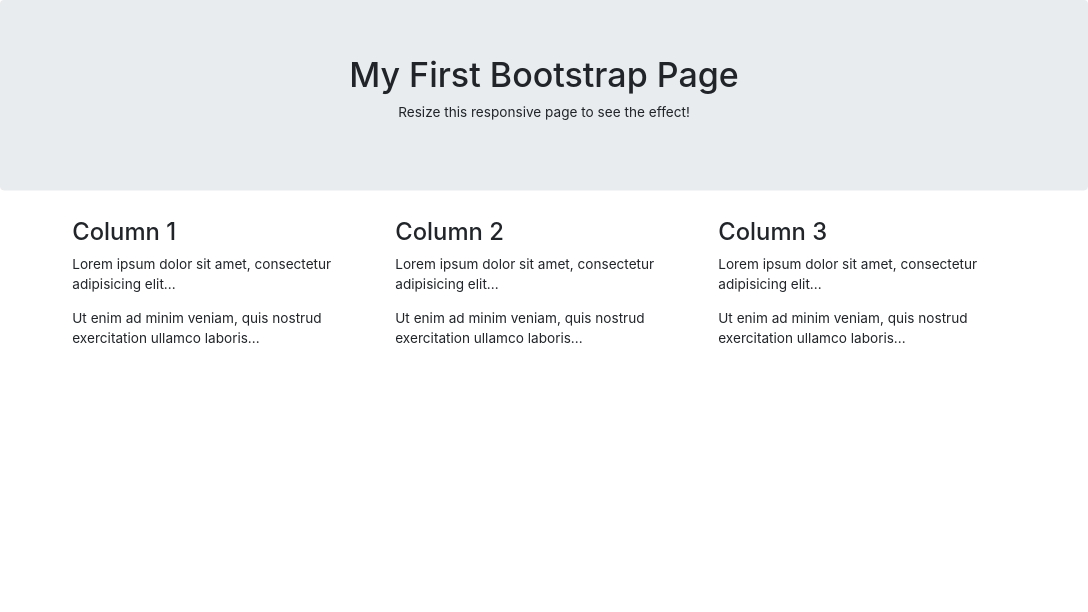
Repository: kjungyoun/Java_Study_2021
Page: startcamp_web/WebContent/introduce.html
The author's editor kept a copy of each file at every save. The page is drawn from the files as they stood at one save, then again after the next save.
The browser window is 1280 px wide. The pictures show the whole page, at 85% of full size.

Above is the page before, as saved 2021-01-14 05:49:43.

### startcamp_web/WebContent/introduce.html
<!DOCTYPE html>
<html lang="en">
<head>
  <title>Bootstrap Example</title>
  <meta charset="utf-8">
  <meta name="viewport" content="width=device-width, initial-scale=1">
  <link rel="stylesheet" href="https://maxcdn.bootstrapcdn.com/bootstrap/4.5.2/css/bootstrap.min.css">
  <script src="https://ajax.googleapis.com/ajax/libs/jquery/3.5.1/jquery.min.js"></script>
  <script src="https://cdnjs.cloudflare.com/ajax/libs/popper.js/1.16.0/umd/popper.min.js"></script>
  <script src="https://maxcdn.bootstrapcdn.com/bootstrap/4.5.2/js/bootstrap.min.js"></script>
</head>
<body>

<div class="jumbotron text-center">
  <h1>My First Bootstrap Page</h1>
  <p>Resize this responsive page to see the effect!</p>
</div>

<div class="container">
  <div class="row">
    <div class="col-sm-4">
      <h3>Column 1</h3>
      <p>Lorem ipsum dolor sit amet, consectetur adipisicing elit...</p>
      <p>Ut enim ad minim veniam, quis nostrud exercitation ullamco laboris...</p>
    </div>
    <div class="col-sm-4">
      <h3>Column 2</h3>
      <p>Lorem ipsum dolor sit amet, consectetur adipisicing elit...</p>
      <p>Ut enim ad minim veniam, quis nostrud exercitation ullamco laboris...</p>
    </div>
    <div class="col-sm-4">
      <h3>Column 3</h3>
      <p>Lorem ipsum dolor sit amet, consectetur adipisicing elit...</p>
      <p>Ut enim ad minim veniam, quis nostrud exercitation ullamco laboris...</p>
    </div>
  </div>
</div>

</body>
</html>

After the next save:
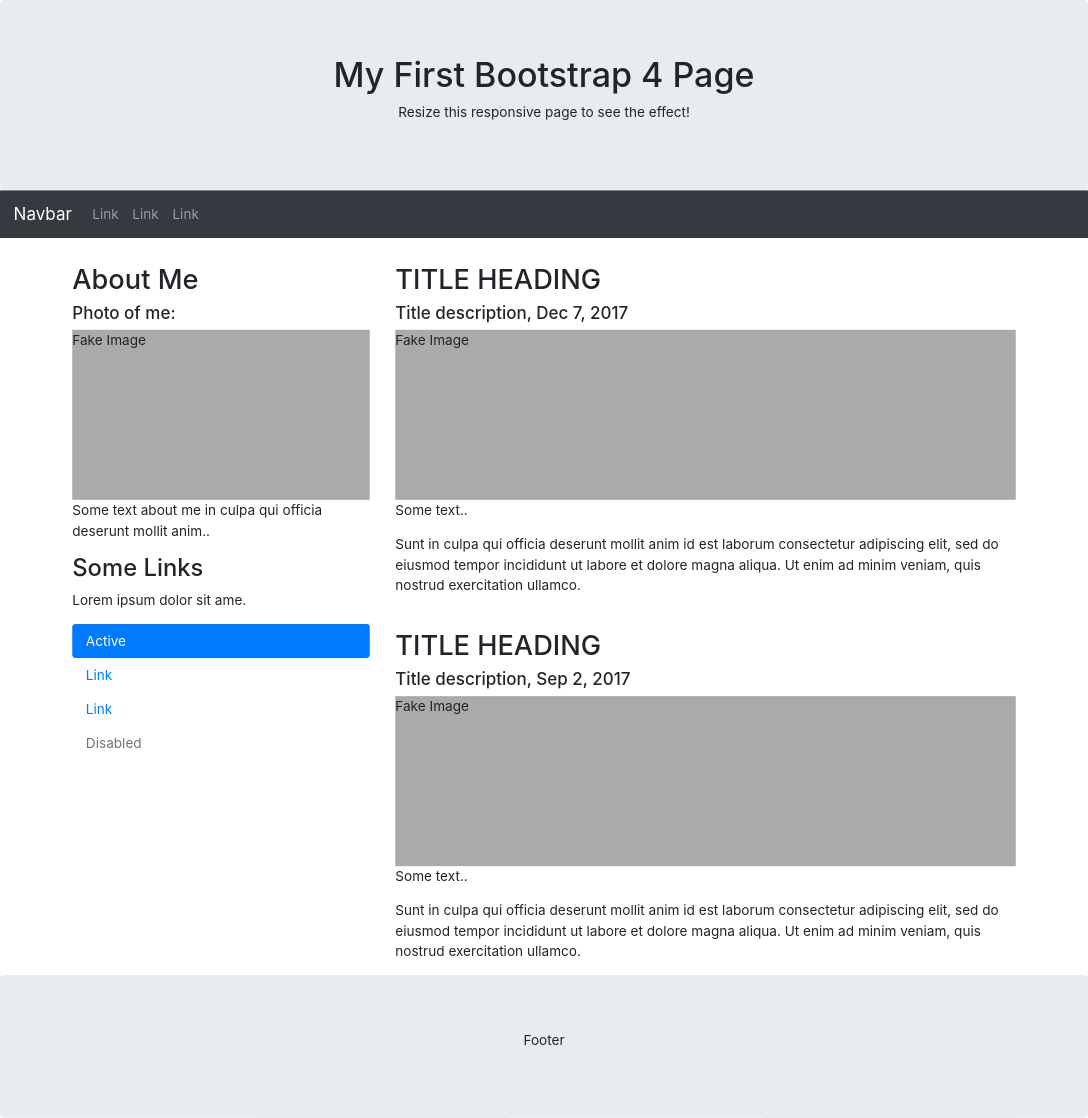
Saved 7 min 5 s later.
--- a/startcamp_web/WebContent/introduce.html
+++ b/startcamp_web/WebContent/introduce.html
@@ -1,40 +1,91 @@
 <!DOCTYPE html>
 <html lang="en">
 <head>
-  <title>Bootstrap Example</title>
+  <title>Bootstrap 4 Website Example</title>
   <meta charset="utf-8">
   <meta name="viewport" content="width=device-width, initial-scale=1">
   <link rel="stylesheet" href="https://maxcdn.bootstrapcdn.com/bootstrap/4.5.2/css/bootstrap.min.css">
   <script src="https://ajax.googleapis.com/ajax/libs/jquery/3.5.1/jquery.min.js"></script>
   <script src="https://cdnjs.cloudflare.com/ajax/libs/popper.js/1.16.0/umd/popper.min.js"></script>
   <script src="https://maxcdn.bootstrapcdn.com/bootstrap/4.5.2/js/bootstrap.min.js"></script>
+  <style>
+  .fakeimg {
+    height: 200px;
+    background: #aaa;
+  }
+  </style>
 </head>
 <body>
 
-<div class="jumbotron text-center">
-  <h1>My First Bootstrap Page</h1>
+<div class="jumbotron text-center" style="margin-bottom:0">
+  <h1>My First Bootstrap 4 Page</h1>
   <p>Resize this responsive page to see the effect!</p>
 </div>
 
-<div class="container">
+<nav class="navbar navbar-expand-sm bg-dark navbar-dark">
+  <a class="navbar-brand" href="#">Navbar</a>
+  <button class="navbar-toggler" type="button" data-toggle="collapse" data-target="#collapsibleNavbar">
+    <span class="navbar-toggler-icon"></span>
+  </button>
+  <div class="collapse navbar-collapse" id="collapsibleNavbar">
+    <ul class="navbar-nav">
+      <li class="nav-item">
+        <a class="nav-link" href="#">Link</a>
+      </li>
+      <li class="nav-item">
+        <a class="nav-link" href="#">Link</a>
+      </li>
+      <li class="nav-item">
+        <a class="nav-link" href="#">Link</a>
+      </li>
+    </ul>
+  </div>
+</nav>
+
+<div class="container" style="margin-top:30px">
   <div class="row">
     <div class="col-sm-4">
-      <h3>Column 1</h3>
-      <p>Lorem ipsum dolor sit amet, consectetur adipisicing elit...</p>
-      <p>Ut enim ad minim veniam, quis nostrud exercitation ullamco laboris...</p>
+      <h2>About Me</h2>
+      <h5>Photo of me:</h5>
+      <div class="fakeimg">Fake Image</div>
+      <p>Some text about me in culpa qui officia deserunt mollit anim..</p>
+      <h3>Some Links</h3>
+      <p>Lorem ipsum dolor sit ame.</p>
+      <ul class="nav nav-pills flex-column">
+        <li class="nav-item">
+          <a class="nav-link active" href="#">Active</a>
+        </li>
+        <li class="nav-item">
+          <a class="nav-link" href="#">Link</a>
+        </li>
+        <li class="nav-item">
+          <a class="nav-link" href="#">Link</a>
+        </li>
+        <li class="nav-item">
+          <a class="nav-link disabled" href="#">Disabled</a>
+        </li>
+      </ul>
+      <hr class="d-sm-none">
     </div>
-    <div class="col-sm-4">
-      <h3>Column 2</h3>
-      <p>Lorem ipsum dolor sit amet, consectetur adipisicing elit...</p>
-      <p>Ut enim ad minim veniam, quis nostrud exercitation ullamco laboris...</p>
-    </div>
-    <div class="col-sm-4">
-      <h3>Column 3</h3>
-      <p>Lorem ipsum dolor sit amet, consectetur adipisicing elit...</p>
-      <p>Ut enim ad minim veniam, quis nostrud exercitation ullamco laboris...</p>
+    <div class="col-sm-8">
+      <h2>TITLE HEADING</h2>
+      <h5>Title description, Dec 7, 2017</h5>
+      <div class="fakeimg">Fake Image</div>
+      <p>Some text..</p>
+      <p>Sunt in culpa qui officia deserunt mollit anim id est laborum consectetur adipiscing elit, sed do eiusmod tempor incididunt ut labore et dolore magna aliqua. Ut enim ad minim veniam, quis nostrud exercitation ullamco.</p>
+      <br>
+      <h2>TITLE HEADING</h2>
+      <h5>Title description, Sep 2, 2017</h5>
+      <div class="fakeimg">Fake Image</div>
+      <p>Some text..</p>
+      <p>Sunt in culpa qui officia deserunt mollit anim id est laborum consectetur adipiscing elit, sed do eiusmod tempor incididunt ut labore et dolore magna aliqua. Ut enim ad minim veniam, quis nostrud exercitation ullamco.</p>
     </div>
   </div>
 </div>
 
+<div class="jumbotron text-center" style="margin-bottom:0">
+  <p>Footer</p>
+</div>
+
 </body>
 </html>
